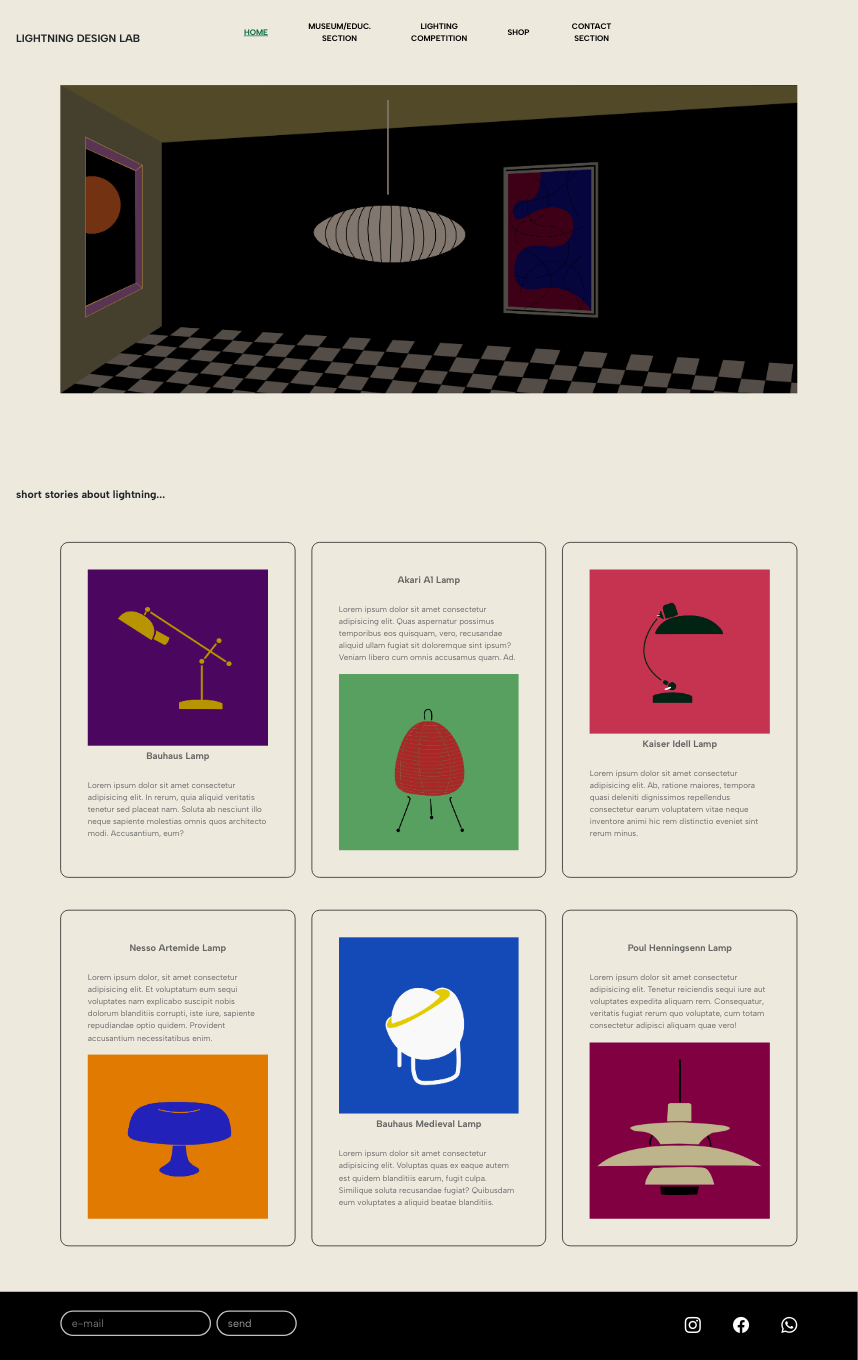
Repository: veronicamdiaz/Landing-Page-Practices
Page: index.html
An editor plug-in stored every save of this project. The page is shown before and after the next save, followed by the edit.
The browser window is 1280 px wide. The pictures show the whole page, at 67% of full size.

Above is the page before, as saved 2025-05-08 16:28:50.
Console error: TypeError: Cannot set properties of null (setting 'src')

After the next save:
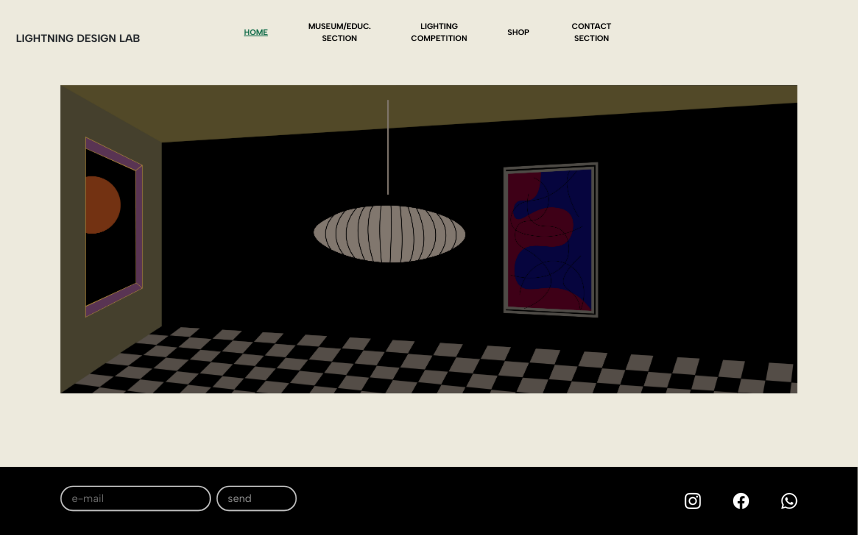
Saved 25 min 34 s later.
--- a/index.html
+++ b/index.html
@@ -34,57 +34,6 @@
         </div>
     </section>
     </main>
-
-    <section id="museum-educational-section">
-        <h2 class="section-title mb-3 mt-2 md-0 p-4">short stories about lightning...</h2>
-        <div class="container">
-        <div class="row">
-            <div class="col-md-4 col-12 mb-5 p-6">
-                <div class="card bg-transparent">
-                    <img src="/images/lights drawings-03.jpg" alt="bauhaus-lamp">
-                    <h3 class="pb-2 pt-2">Bauhaus Lamp</h3>
-                    <p>Lorem ipsum dolor sit amet consectetur adipisicing elit. In rerum, quia aliquid veritatis tenetur sed placeat nam. Soluta ab nesciunt illo neque sapiente molestias omnis quos architecto modi. Accusantium, eum?</p>
-                </div>
-            </div>
-            <div class="col-md-4 col-12 mb-5 p-6">
-                <div class="card bg-transparent">
-                    <h3 class="pb-2 pt-2">Akari A1 Lamp</h3>
-                    <p>Lorem ipsum dolor sit amet consectetur adipisicing elit. Quas aspernatur possimus temporibus eos quisquam, vero, recusandae aliquid ullam fugiat sit doloremque sint ipsum? Veniam libero cum omnis accusamus quam. Ad.</p>
-                    <img src="/images/lights drawings-02.jpg" alt="akari-lamp" class="img-fluid">
-                </div>
-            </div>
-            <div class="col-md-4 col-12 mb-5 p-6">
-                <div class="card bg-transparent">
-                    <img src="/images/lights drawings-04.jpg" alt="kaiser-idell-lamp" class="img-fluid">
-                    <h3 class="pb-2 pt-2">Kaiser Idell Lamp</h3>
-                    <p>Lorem ipsum dolor sit amet consectetur adipisicing elit. Ab, ratione maiores, tempora quasi deleniti dignissimos repellendus consectetur earum voluptatem vitae neque inventore animi hic rem distinctio eveniet sint rerum minus.</p>
-                </div>
-            </div>
-            <div class="col-md-4 col-12 mb-5 p-6">
-                <div class="card bg-transparent">
-                    <h3 class="pb-2 pt-2">Nesso Artemide Lamp</h3>
-                    <p>Lorem ipsum dolor, sit amet consectetur adipisicing elit. Et voluptatum eum sequi voluptates nam explicabo suscipit nobis dolorum blanditiis corrupti, iste iure, sapiente repudiandae optio quidem. Provident accusantium necessitatibus enim.</p>
-                    <img src="/images/lights drawings2-03.jpg" alt="nesso-artemide-lamp" class="img-fluid">
-                </div>
-            </div>
-            <div class="col-md-4 col-12 mb-5 p-6">
-                <div class="card bg-transparent">
-                    <img src="/images/lights drawings2-04.jpg" alt="bauhaus-medieval-lamp" class="img-fluid">
-                    <h3 class="pb-2 pt-2">Bauhaus Medieval Lamp</h3>
-                    <p>Lorem ipsum dolor sit amet consectetur adipisicing elit. Voluptas quas ex eaque autem est quidem blanditiis earum, fugit culpa. Similique soluta recusandae fugiat? Quibusdam eum voluptates a aliquid beatae blanditiis.</p>
-                </div>
-            </div>
-            <div class="col-md-4 col-12 mb-5 p-6">
-                <div class="card bg-transparent">
-                    <h3 class="pb-2 pt-2">Poul Henningsenn Lamp</h3>
-                    <p>Lorem ipsum dolor sit amet consectetur adipisicing elit. Tenetur reiciendis sequi iure aut voluptates expedita aliquam rem. Consequatur, veritatis fugiat rerum quo voluptate, cum totam consectetur adipisci aliquam quae vero!</p>
-                    <img src="/images/lights drawings_Prancheta 1.jpg" alt="Imagem 6" class="img-fluid">
-                </div>
-            </div>
-        </div>
-    </div>
-    </section>
-
 
     <footer class="bg-black py-2">
         <div class="container d-flex justify-content-between align-items-center flex-column flex-md-row">
